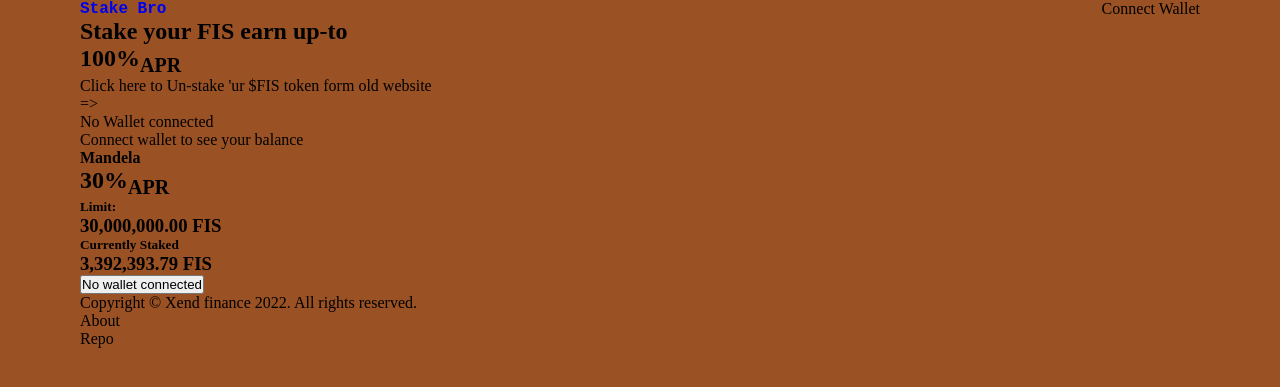
Repository: NorVirae/Stake
Page: /
The author's editor kept a copy of each file at every save. The page is drawn from the files as they stood at one save, then again after a run of saves.
The browser window is 1280 px wide. The pictures show the whole page.
The project was rebuilt for these pictures with package versions that can differ from the ones it lists, and the page was loaded fresh each time.

Above is the page before, as saved 2022-04-18 00:56:34.

After the next 2 saves:
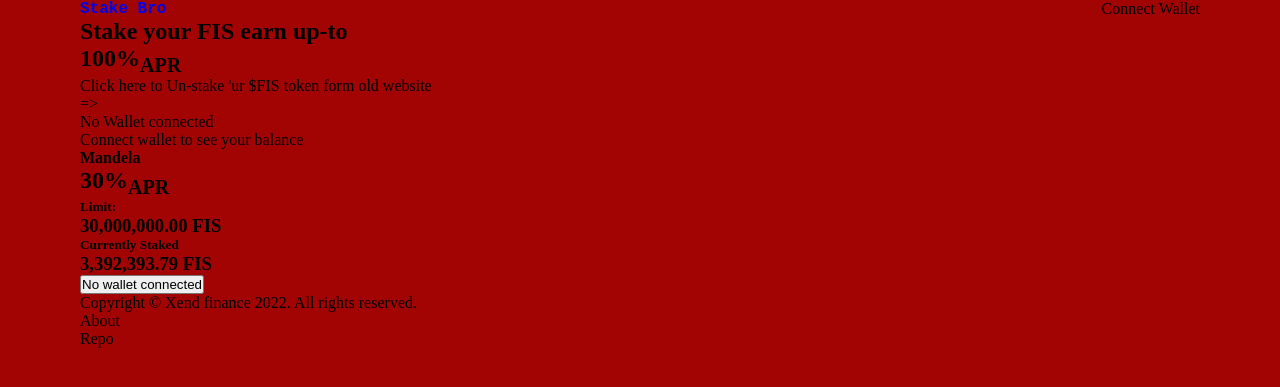
The 2 saves are shown as one change because they came seconds apart.
The last was saved 38 s later.
--- a/src/styles/app.css
+++ b/src/styles/app.css
@@ -13,7 +13,7 @@ li {
 }
 
 body{
-    background-color: #9A5123;
+    background-color: #A20404;
 }
 .stake-container {
     max-width: 70rem;
